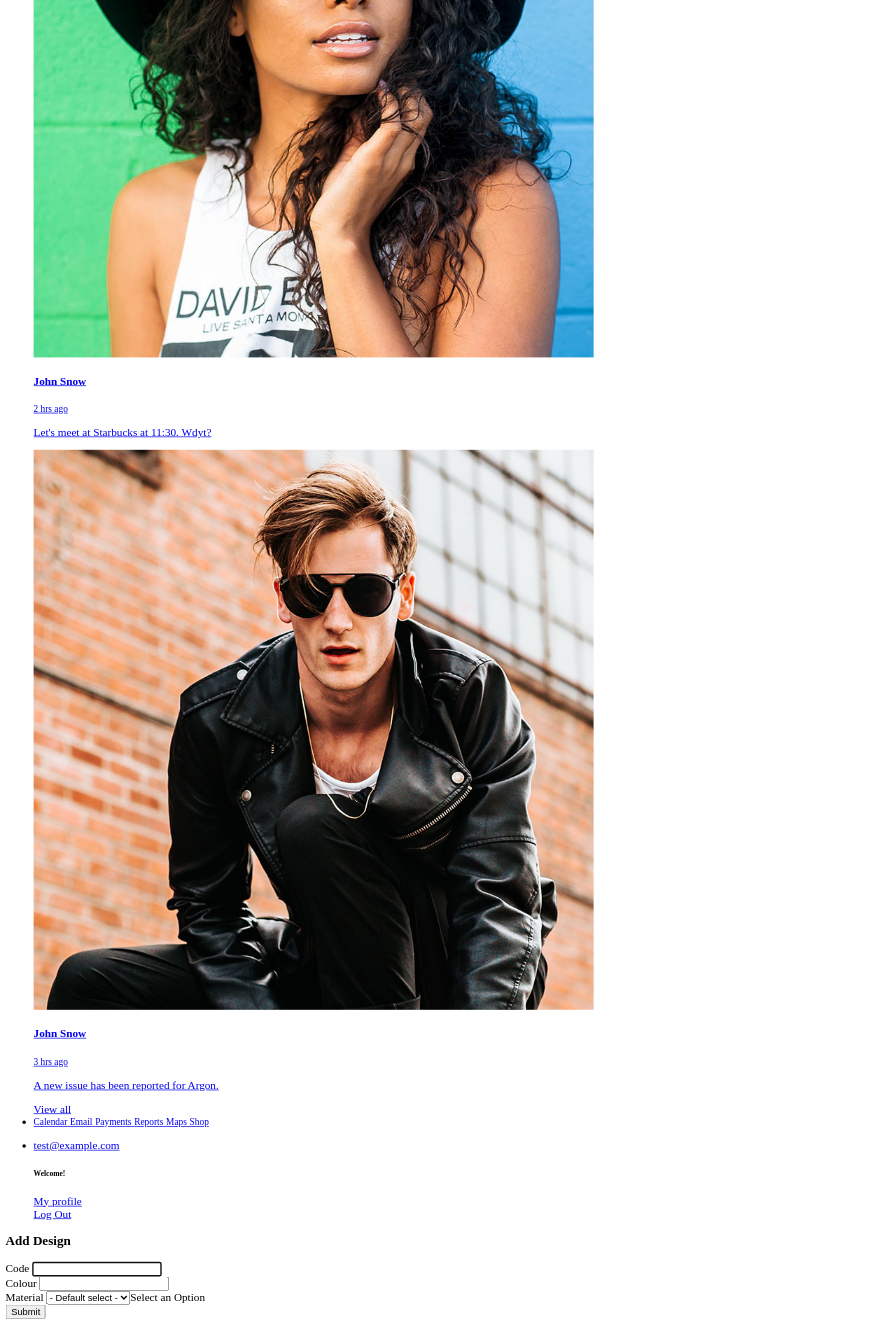
Repository: amirulaizat2004/tailorsystem-internship
Page: resources/views/design/create.blade.php
The author's editor kept a copy of each file at every save. The page is drawn from the files as they stood at one save, then again after the next save.
The browser window is 1280 px wide. The pictures show the part of the page from y = 3591 to 5511 px (the page is 5484 px tall before and 5511 px after), at 70% of full size.
The page is served by the project's Laravel application, run on PHP 8.4 with Laravel 8. A made-up administrator, Test User (test@example.com), is signed in. The template is opened directly, without the code that normally fills it, so the values that code supplies are empty.

Above is the page before, as saved 2021-10-27 14:20:28.

After the next save:
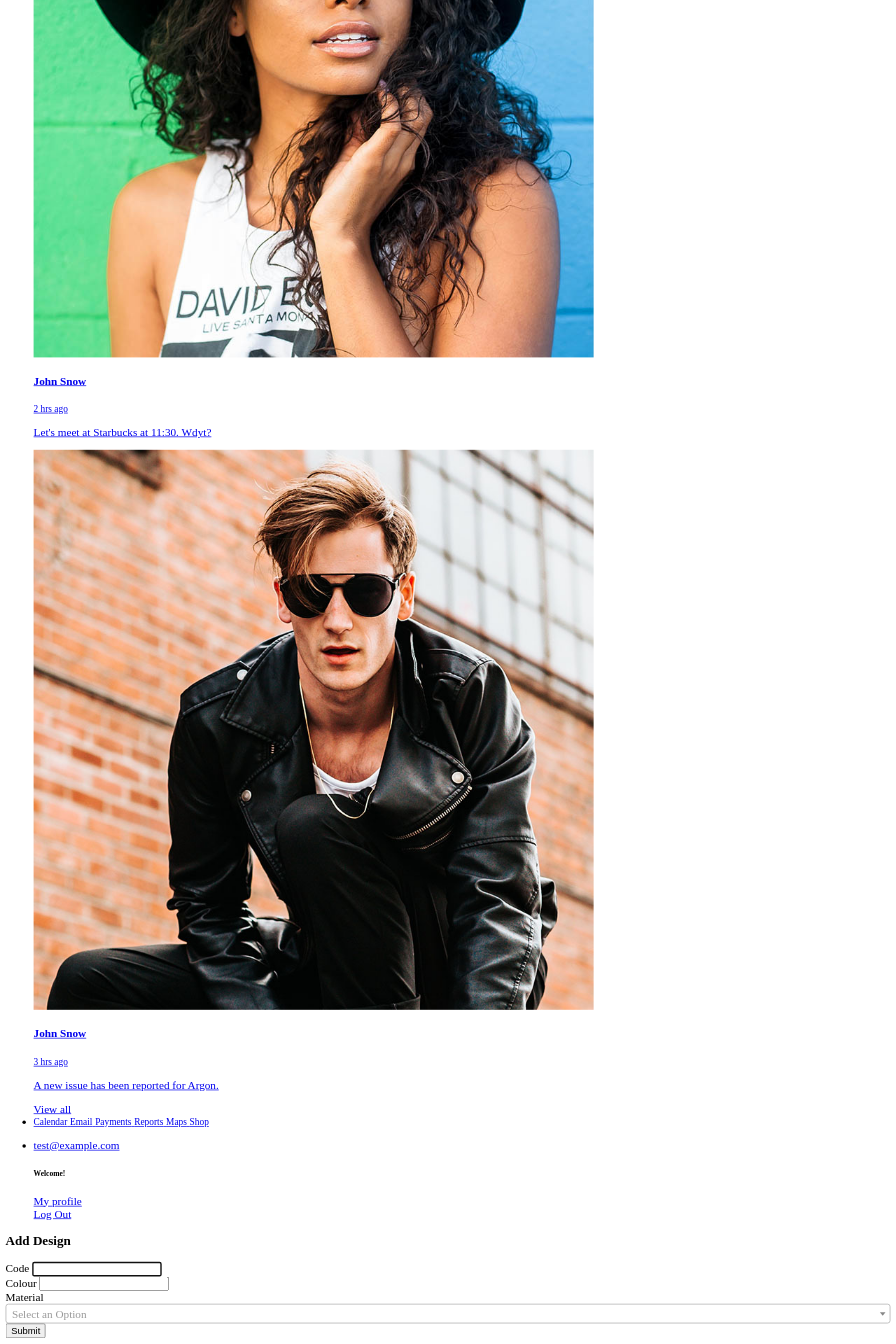
Saved 82 s later.
--- a/resources/views/layout/app.blade.php
+++ b/resources/views/layout/app.blade.php
@@ -32,6 +32,7 @@
   <!-- Page plugins -->
   <!-- Argon CSS -->
   <link rel="stylesheet" href="{{ asset('assets/css/argon.css?v=1.2.0') }}" type="text/css">
+  <link href="https://cdnjs.cloudflare.com/ajax/libs/select2/4.0.10/css/select2.min.css" rel="stylesheet"/>
   <script src="https://cdnjs.cloudflare.com/ajax/libs/jquery/3.3.1/jquery.min.js"></script>
   <script src="https://cdnjs.cloudflare.com/ajax/libs/select2/4.0.10/js/select2.min.js"></script>
 </head>
